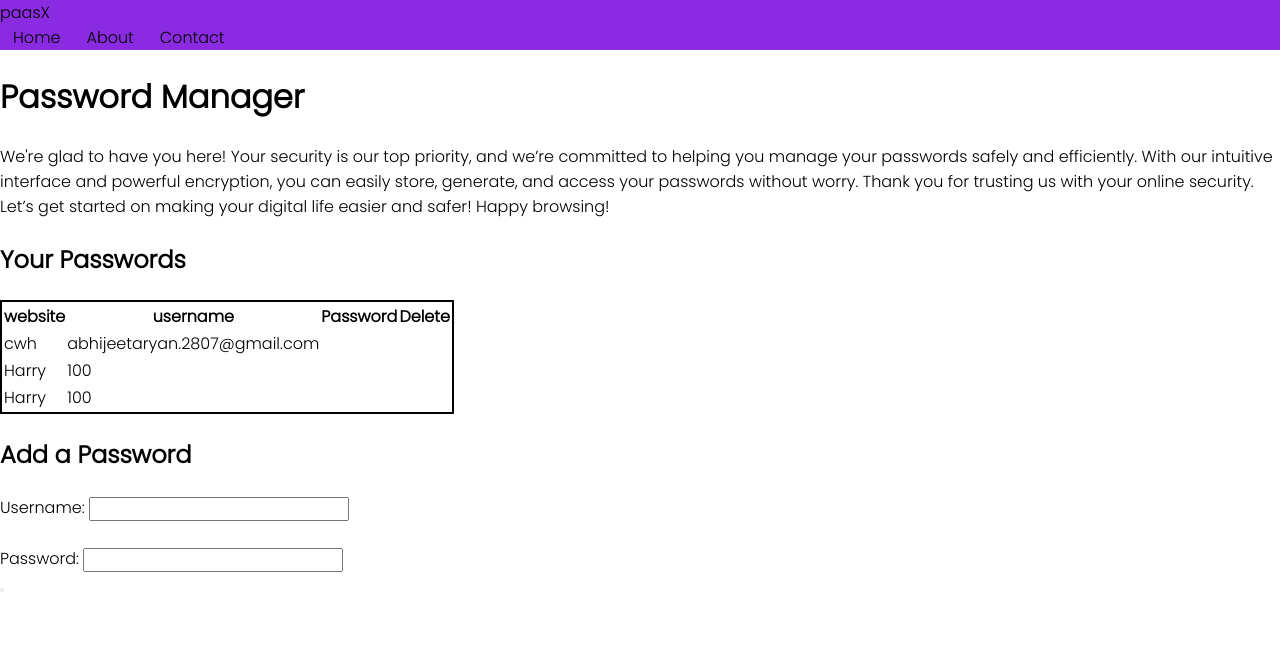
Repository: Abhi2807ar/PASSWORD-MANAGER
Page: index.html
These files come from the project's save history. The page is drawn as it stood at one moment and after a run of saves; the edit follows.
The browser window is 1280 px wide. The pictures show the whole page.

Above is the page before, as saved 2024-10-14 14:59:35.

After the next 2 saves:
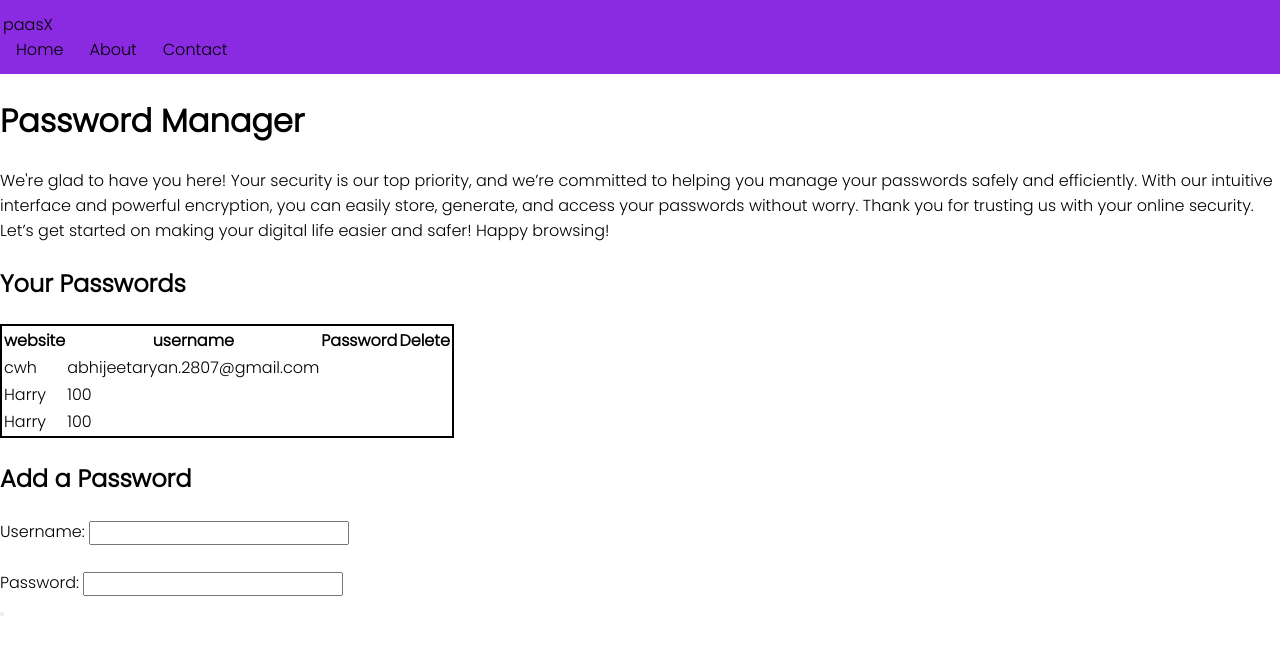
The 2 saves are shown as one change because they came seconds apart.
The last was saved 28 s later.
--- a/style.css
+++ b/style.css
@@ -6,6 +6,8 @@
     font-family: "Poppins", sans-serif;;
  }
  nav{ background-color: blueviolet;
+    padding:12px 3px;
+
  }
  ul{
     display:flex;
